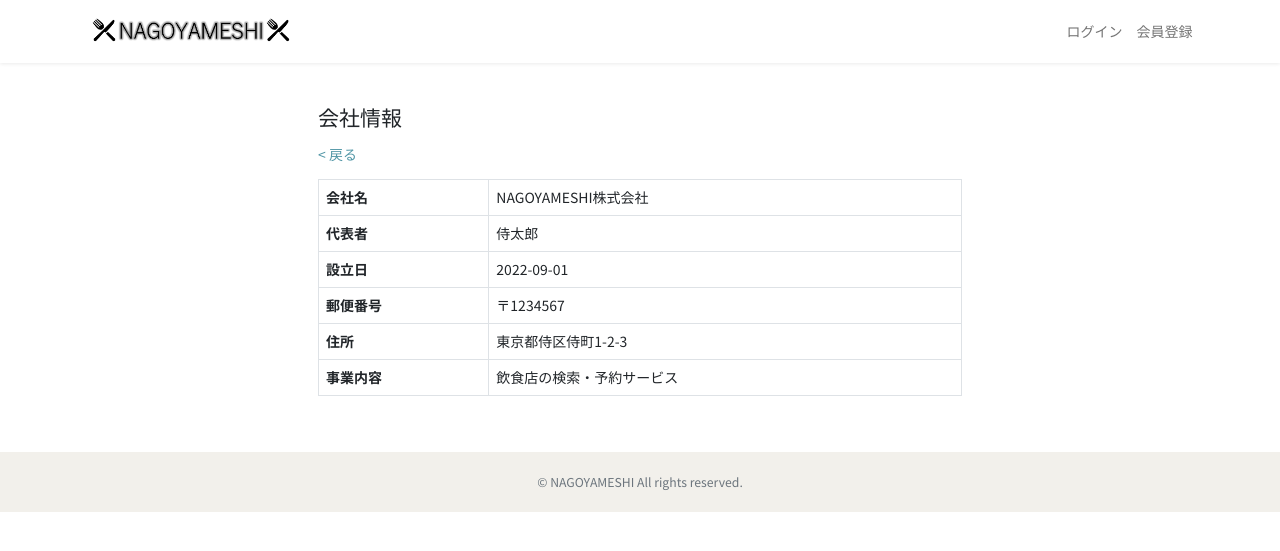
Repository: dh291422/springboot-tabelog-kadai
Page: http://localhost/company/company
An editor plug-in stored every save of this project. The page is shown before and after the next save, followed by the edit.
The browser window is 1280 px wide. The pictures show the whole page.
The page is this project's Thymeleaf template; nobody is signed in. The template is opened directly, without the code that normally fills it, so the values that code supplies are empty.

Above is the page before, as saved 2025-07-15 01:04:37.

### nagoyameshi/src/main/resources/templates/company/company.html
<!DOCTYPE html>
<html xmlns:th="http://www.thymeleaf.org" xmlns:sec="http://www.thymeleaf.org/extras/spring-security">
<head>
    <div th:replace="~{fragment :: meta}"></div>
    <div th:replace="~{fragment :: styles}"></div>
    <title>NAGOYAMESHI | 会社情報</title>
</head>
<body>
    <div class="nagoyameshi-wrapper">
        <!-- ヘッダー -->
        <div th:replace="~{fragment :: header}"></div>

        <main class="py-5">
            <div class="container">
                <div class="row justify-content-center">
                    <div class="col-xxl-6 col-xl-7 col-lg-8 col-md-10">

                        <div class="d-flex justify-content-between align-items-center mb-3">
                            <h1 class="mb-0">会社情報</h1>

                            <!-- 管理者のみ表示：編集ボタン -->
                            <a class="btn btn-sm btn-outline-primary"
                               th:href="@{/admin/company/edit}"
                               sec:authorize="hasRole('ROLE_ADMIN')">
                                編集
                            </a>
                        </div>

                        <!-- 戻るリンク -->
                        <div class="mb-3">
                            <a th:href="@{/}">&lt; 戻る</a>
                        </div>

                        <!-- 会社情報テーブル -->
                        <table class="table table-bordered">
                            <tr>
                                <th>会社名</th>
                                <td>NAGOYAMESHI株式会社</td>
                            </tr>
                            <tr>
                                <th>代表者</th>
                                <td>侍太郎</td>
                            </tr>
                            <tr>
                                <th>設立日</th>
                                <td>2022-09-01</td>
                            </tr>
                            <tr>
                                <th>郵便番号</th>
                                <td>〒1234567</td>
                            </tr>
                            <tr>
                                <th>住所</th>
                                <td>東京都侍区侍町1-2-3</td>
                            </tr>
                            <tr>
                                <th>事業内容</th>
                                <td>飲食店の検索・予約サービス</td>
                            </tr>
                        </table>

                    </div>
                </div>
            </div>
        </main>

        <!-- フッター -->
        <div th:replace="~{fragment :: footer}"></div>
    </div>

    <!-- スクリプト -->
    <div th:replace="~{fragment :: scripts}"></div>
</body>
</html>

### nagoyameshi/src/main/resources/templates/fragment.html
<!DOCTYPE html>
<html xmlns:th="https://www.thymeleaf.org" xmlns:sec="http:thymeleaf.org/extras/spring-security">
   <head>
       <!-- meta要素の部品化 -->
       <div th:fragment="meta" th:remove="tag">
           <meta charset="UTF-8">
           <meta name="viewport" content="width=device-width, initial-scale=1">
       </div>

       <!-- link要素の部品化 -->
       <div th:fragment="styles" th:remove="tag">
           <!-- Bootstrap -->
           <link href="https://cdn.jsdelivr.net/npm/bootstrap@5.2.3/dist/css/bootstrap.min.css" rel="stylesheet" integrity="sha384-rbsA2VBKQhggwzxH7pPCaAqO46MgnOM80zW1RWuH61DGLwZJEdK2Kadq2F9CUG65" crossorigin="anonymous">

           <!-- Google Fonts -->
           <link rel="preconnect" href="https://fonts.googleapis.com">
           <link rel="preconnect" href="https://fonts.gstatic.com" crossorigin>
           <link href="https://fonts.googleapis.com/css2?family=Noto+Sans+JP:wght@400;500&display=swap" rel="stylesheet">

           <link th:href="@{/css/style.css}" rel="stylesheet" >
       </div>

       <title>部品化用のHTMLファイル</title>
   </head>
   <body>
       <!-- ヘッダーの部品化 -->
       <div th:fragment="header" th:remove="tag">
           <nav class="navbar navbar-expand-md navbar-light bg-white shadow-sm nagoyameshi-navbar">
               <div class="container nagoyameshi-container">
                   <a class="navbar-brand" th:href="@{/}">
                       <img class="nagoyameshi-logo me-1" th:src="@{/images/logo.png}" alt="NAGOYAMESHI">
                   </a>

				   <button class="navbar-toggler" type="button" data-bs-toggle="collapse" data-bs-target="#navbarSupportedContent" aria-controls="navbarSupportedContent" aria-expanded="false" aria-label="Toggle navigation">
				       <span class="navbar-toggler-icon"></span>
				   </button>

				   <div class="collapse navbar-collapse" id="navbarSupportedContent">
				       <ul class="navbar-nav ms-auto">
				           <!-- 未ログインであれば表示する -->
						   <li class="nav-item" sec:authorize="isAuthenticated()">
						       <a class="nav-link" th:href="@{/company}">会社情報</a>
						   </li>
				           <li class="nav-item" sec:authorize="isAnonymous()">
				               <a class="nav-link" th:href="@{/login}">ログイン</a>
				           </li>
						   <li class="nav-item" sec:authorize="isAnonymous()">
						       <a class="nav-link" th:href="@{/signup}">会員登録</a>

						   </li>

						   <!-- 一般会員（ROLE_GENERAL）の場合 -->
						   <li class="nav-item dropdown" sec:authorize="hasRole('ROLE_GENERAL')">
							   <a class="nav-link me-2" th:href="@{/company}">会社情報</a>
						       <a id="navbarDropdownGeneral" class="nav-link dropdown-toggle" href="#" role="button"
						          data-bs-toggle="dropdown" aria-haspopup="true" aria-expanded="false" v-pre>
						           <span sec:authentication="principal.user.name"></span>
						       </a>

						       <div class="dropdown-menu dropdown-menu-end" aria-labelledby="navbarDropdownGeneral">
						           <a class="dropdown-item nagoyameshi-dropdown-item" th:href="@{/user}">会員情報</a>
						           <a class="dropdown-item nagoyameshi-dropdown-item" th:href="@{/reservations}">予約一覧</a>
						           <a class="dropdown-item nagoyameshi-dropdown-item" th:href="@{/restaurants}">店舗一覧</a>
						           <a class="dropdown-item nagoyameshi-dropdown-item" th:href="@{/favorites}">お気に入り一覧</a>

						           <!-- 一般会員には「有料会員登録」リンクを表示 -->
						           <a class="dropdown-item nagoyameshi-dropdown-item" th:href="@{/subscription}">
						               有料会員登録
						           </a>

						           <div class="dropdown-divider"></div>

						           <a class="dropdown-item nagoyameshi-dropdown-item" th:href="@{/logout}"
						              onclick="event.preventDefault(); document.getElementById('logout-form').submit();">
						               ログアウト
						           </a>
						           <form class="d-none" id="logout-form" th:action="@{/logout}" method="post"></form>
						       </div>
						   </li>

						   <!-- 有料会員（ROLE_PAID）の場合 -->
						   <li class="nav-item dropdown" sec:authorize="hasRole('ROLE_PAID')">
							   <a class="nav-link me-2" th:href="@{/company}">会社情報</a>
						       <a id="navbarDropdownPaid" class="nav-link dropdown-toggle" href="#" role="button"
						          data-bs-toggle="dropdown" aria-haspopup="true" aria-expanded="false" v-pre>
						           <span sec:authentication="principal.user.name"></span>
						       </a>

						       <div class="dropdown-menu dropdown-menu-end" aria-labelledby="navbarDropdownPaid">
						           <a class="dropdown-item nagoyameshi-dropdown-item" th:href="@{/user}">会員情報</a>
						           <a class="dropdown-item nagoyameshi-dropdown-item" th:href="@{/reservations}">予約一覧</a>
						           <a class="dropdown-item nagoyameshi-dropdown-item" th:href="@{/restaurants}">店舗一覧</a>
						           <a class="dropdown-item nagoyameshi-dropdown-item" th:href="@{/favorites}">お気に入り一覧</a>

						           <!-- 有料会員には「編集・解約」リンクを表示 -->
						           <a class="dropdown-item nagoyameshi-dropdown-item" th:href="@{/subscription/manage}">
						               有料会員 編集・解約
						           </a>

						           <div class="dropdown-divider"></div>

						           <a class="dropdown-item nagoyameshi-dropdown-item" th:href="@{/logout}"
						              onclick="event.preventDefault(); document.getElementById('logout-form').submit();">
						               ログアウト
						           </a>
						           <form class="d-none" id="logout-form" th:action="@{/logout}" method="post"></form>
						       </div>
						   </li>


				           <!-- 管理者であれば表示する -->
				           <li class="nav-item dropdown" sec:authorize="hasRole('ROLE_ADMIN')">
							   <a class="nav-link me-2" th:href="@{/company}">会社情報</a>
				               <a id="navbarDropdownAdmin" class="nav-link dropdown-toggle" href="#" role="button" data-bs-toggle="dropdown" aria-haspopup="true" aria-expanded="false" v-pre>
				                   管理者メニュー
				               </a>

				               <div class="dropdown-menu dropdown-menu-end" aria-labelledby="navbarDropdownAdmin">
								   <a class="dropdown-item nagoyameshi-dropdown-item" th:href="@{/admin/users}">会員一覧</a>
				                   <a class="dropdown-item nagoyameshi-dropdown-item" th:href="@{/admin/restaurants}">店舗一覧</a>

				                   <div class="dropdown-divider"></div>

				                   <a class="dropdown-item nagoyameshi-dropdown-item" th:href="@{/logout}" onclick="event.preventDefault(); document.getElementById('logout-form').submit();">
				                       ログアウト
				                   </a>
				                   <form class="d-none" id="logout-form" th:action="@{/logout}" method="post"></form>
				               </div>
				           </li>
				       </ul>
				   </div>
               </div>
           </nav>
       </div>


       <!-- フッターの部品化 -->
       <div th:fragment="footer" th:remove="tag">
           <footer>
               <div class="d-flex justify-content-center align-items-center h-100">
                   <p class="text-center text-muted small mb-0">&copy; NAGOYAMESHI All rights reserved.</p>
               </div>
           </footer>
       </div>

       <!-- script要素の部品化 -->
       <div th:fragment="scripts" th:remove="tag">
           <!-- Bootstrap -->
           <script src="https://cdn.jsdelivr.net/npm/bootstrap@5.2.3/dist/js/bootstrap.bundle.min.js" integrity="sha384-kenU1KFdBIe4zVF0s0G1M5b4hcpxyD9F7jL+jjXkk+Q2h455rYXK/7HAuoJl+0I4" crossorigin="anonymous"></script>
       </div>
   </body>
</html>

### nagoyameshi/src/main/resources/static/css/style.css
html {
 font-size: 14px;
}

body {
 font-family: 'Noto Sans JP', sans-serif;
}


h1 {
 font-size: 1.5rem;
}

h2 {
  font-size: 1.475rem;
}

h3 {
  font-size: 1.25rem;
}

a {
 color: #5196a6;
 text-decoration: none !important;
}

a:hover {
   color: #407784;
}

footer {
 width: 100%;
 height: 60px;
 background-color: #f2f0eb;
}

.nagoyameshi-wrapper {
 min-height: 100vh;
 position: relative;
 padding-bottom: 60px;
 box-sizing: border-box;
}

.nagoyameshi-navbar {
 min-height: 60px;
}

.nagoyameshi-logo {
 height: 40px;
}

.nagoyameshi-btn {
  background-color: #5196a6 !important;
  transition: 0.1s;
}

.nagoyameshi-btn:hover {
 opacity: 0.8;
}

.nagoyameshi-page-link {
  color: #5196a6;
}

.nagoyameshi-page-link:hover {
  color: #407784;
}

.nagoyameshi-active {
  background-color: #5196a6 !important;
  border-color: #5196a6 !important;
}

.nagoyameshi-pre-wrap {
  /* 改行文字で行を折り返す */
  white-space: pre-wrap;
}

.nagoyameshi-link-danger {
    color: #f2594b;
}

.nagoyameshi-link-danger:hover {
    color: #a63c3c;
}

.nagoyameshi-btn-danger {
    background-color: #f2594b !important;
    transition: 0.1s;
}

.nagoyameshi-btn-danger:hover {
  opacity: 0.8;
}

.nagoyameshi-dropdown-item:active {
  background-color: #5196a6;
}

.nagoyameshi-card-link {
  transition: 0.3s;
}

.nagoyameshi-card-link:hover {
  opacity: 0.7;
}

.nagoyameshi-horizontal-card-image {
  width: 100%;
  height: 240px;
  object-fit: cover;
}

.nagoyameshi-sort-box {
  width: 150px;
}

.nagoyameshi-vertical-card-image {
  width: 100%;
  height: 150px;
  object-fit: cover;
}

.nagoyameshi-search-form {
    max-width: 300px;
}

.nagoyameshi-reset-wrapper {
  display: flex;
  justify-content: center;
  align-items: flex-start;
  min-height: 100vh;
  padding: 40px 20px;
  padding-top: 60px;
  background-color: #ffffff;
}


.nagoyameshi-reset-form {
  max-width: 500px;
  width: 100%;
  text-align: center;
}

.nagoyameshi-restaurant-image {
  max-width: 800px;
  width: 100%;
  height: auto;
  display: block;
  margin: 0 auto;
}

.nagoyameshi-detail-container {
  max-width: 800px;
  margin: 0 auto;
}


.reset-title {
  font-size: 1.8rem;
  margin-bottom: 20px;
  font-weight: bold;
}

.reset-description {
  font-size: 1.1rem;
  margin-bottom: 30px;
  line-height: 1.8;
  color: #555;
}

.reset-form {
  display: flex;
  flex-direction: column;
  gap: 20px;
  margin-bottom: 30px;
}

.reset-input {
  font-size: 1.1rem;
  padding: 12px 14px;
  border-radius: 6px;
  border: 1px solid #ccc;
}

.reset-button {
  font-size: 1.1rem;
  padding: 12px;
  width: 100%;
}

.reset-link {
  font-size: 1rem;
  margin-top: 10px;
}

.alert {
  font-size: 1rem;
  margin-bottom: 20px;
  padding: 10px;
  border-radius: 5px;
}

.alert-success {
  background-color: #e0f6ed;
  color: #2e7d5a;
}

.alert-danger {
  background-color: #fcebea;
  color: #d9534f;
}

.nagoyameshi-premium-container {
  background-color: #ffffff;
}

.nagoyameshi-premium-title {
  font-size: 1.8rem;
  font-weight: bold;
}

#card-element {
  padding: 12px 14px;
  border: 1px solid #ccc;
  border-radius: 6px;
}

@media screen and (min-width: 1400px) {
 .nagoyameshi-container {
   max-width: 1200px;
 }

}

After the next save:
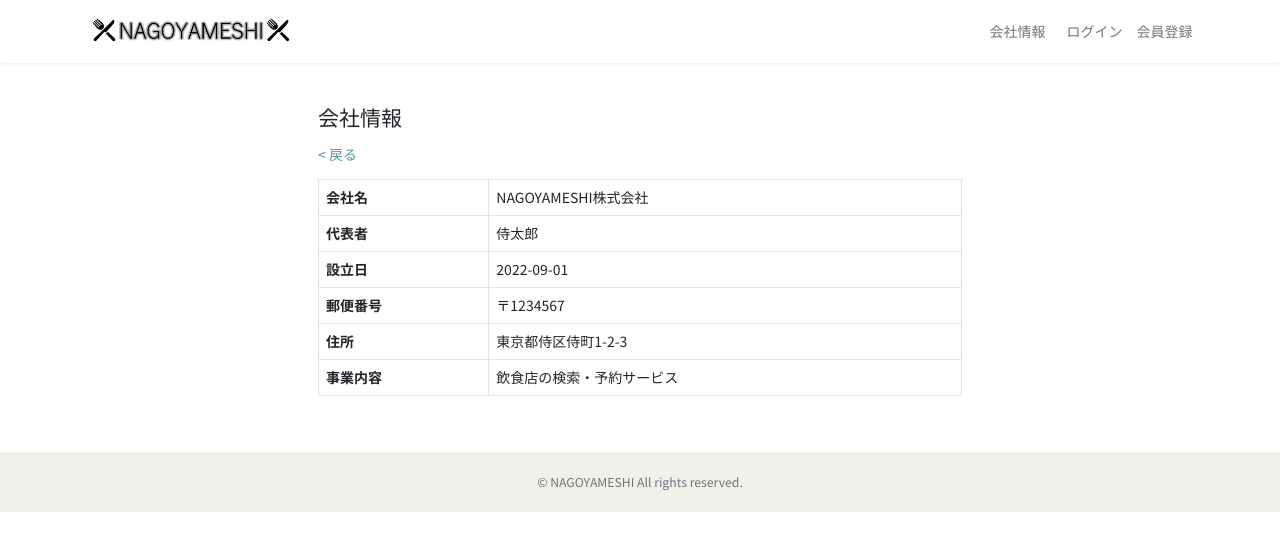
Saved 6 min 59 s later.
--- a/nagoyameshi/src/main/resources/templates/fragment.html
+++ b/nagoyameshi/src/main/resources/templates/fragment.html
@@ -37,10 +37,11 @@
 
 				   <div class="collapse navbar-collapse" id="navbarSupportedContent">
 				       <ul class="navbar-nav ms-auto">
+						<li class="nav-item">
+						       <a class="nav-link me-2" th:href="@{/company}">会社情報</a>
+						   </li>
+
 				           <!-- 未ログインであれば表示する -->
-						   <li class="nav-item" sec:authorize="isAuthenticated()">
-						       <a class="nav-link" th:href="@{/company}">会社情報</a>
-						   </li>
 				           <li class="nav-item" sec:authorize="isAnonymous()">
 				               <a class="nav-link" th:href="@{/login}">ログイン</a>
 				           </li>
@@ -51,7 +52,6 @@
 
 						   <!-- 一般会員（ROLE_GENERAL）の場合 -->
 						   <li class="nav-item dropdown" sec:authorize="hasRole('ROLE_GENERAL')">
-							   <a class="nav-link me-2" th:href="@{/company}">会社情報</a>
 						       <a id="navbarDropdownGeneral" class="nav-link dropdown-toggle" href="#" role="button"
 						          data-bs-toggle="dropdown" aria-haspopup="true" aria-expanded="false" v-pre>
 						           <span sec:authentication="principal.user.name"></span>
@@ -80,7 +80,6 @@
 
 						   <!-- 有料会員（ROLE_PAID）の場合 -->
 						   <li class="nav-item dropdown" sec:authorize="hasRole('ROLE_PAID')">
-							   <a class="nav-link me-2" th:href="@{/company}">会社情報</a>
 						       <a id="navbarDropdownPaid" class="nav-link dropdown-toggle" href="#" role="button"
 						          data-bs-toggle="dropdown" aria-haspopup="true" aria-expanded="false" v-pre>
 						           <span sec:authentication="principal.user.name"></span>
@@ -110,7 +109,6 @@
 
 				           <!-- 管理者であれば表示する -->
 				           <li class="nav-item dropdown" sec:authorize="hasRole('ROLE_ADMIN')">
-							   <a class="nav-link me-2" th:href="@{/company}">会社情報</a>
 				               <a id="navbarDropdownAdmin" class="nav-link dropdown-toggle" href="#" role="button" data-bs-toggle="dropdown" aria-haspopup="true" aria-expanded="false" v-pre>
 				                   管理者メニュー
 				               </a>
